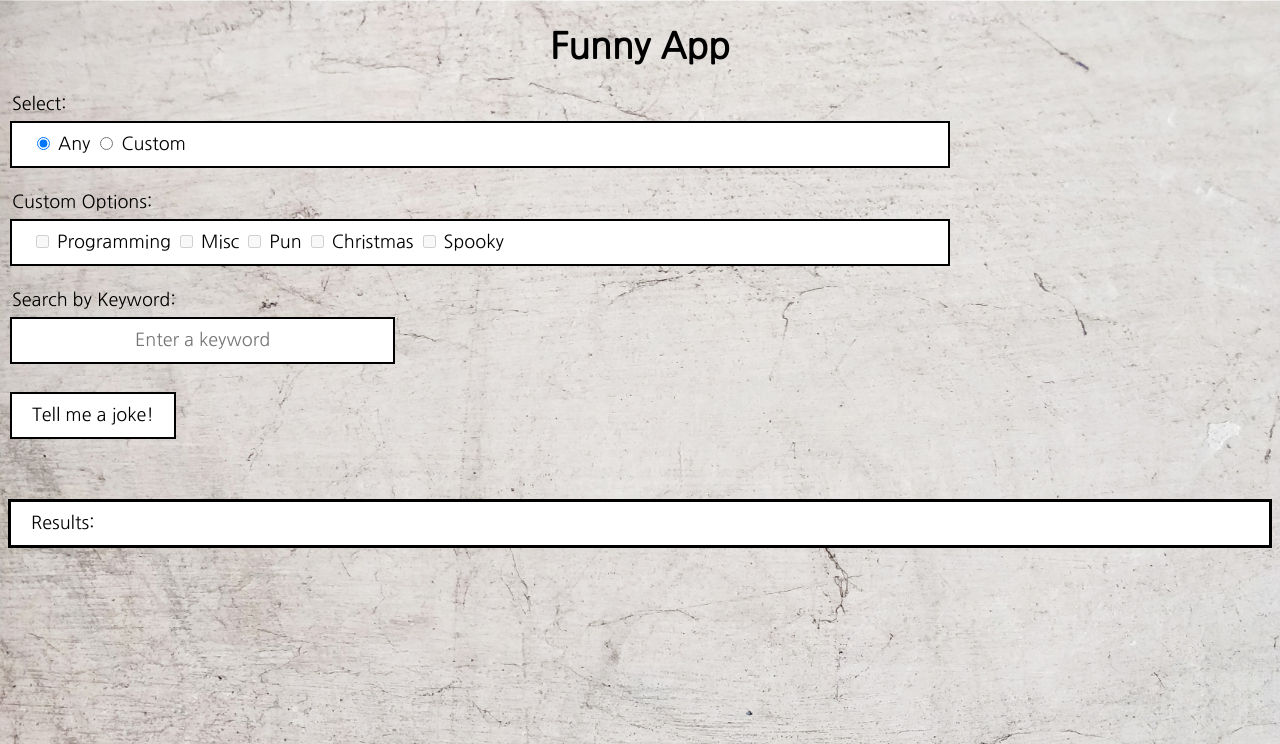
Repository: kaitlynMidori/dadJokeApi
Page: index.html
The author's editor kept a copy of each file at every save. The page is drawn from the files as they stood at one save, then again after the next save.
The browser window is 1280 px wide. The pictures show the whole page.
Some web libraries are served in a nearby version.

Above is the page before, as saved 2021-01-08 12:53:38.

### index.html
<!DOCTYPE html>
<html lang="en">
<head>
    <meta charset="UTF-8">
    <meta name="viewport" content="width=device-width, initial-scale=1.0">
    <title>Joke App</title>
    <link href="style.css" rel="stylesheet" type="text/css" />
    <link rel="preconnect" href="https://fonts.gstatic.com">
    <link href="https://fonts.googleapis.com/css2?family=Nanum+Gothic&display=swap" rel="stylesheet">

</head>
<body>
    <div id="container">
        <header>
            <h1>Funny App</h1>
        </header>

        <legend>Select:</legend>
        <fieldset id="select">
                <div id="form-check">
                    <input type="radio"  id="any" name="type" value="Any" checked>
                    <label for="any">Any</label>

                    <input type="radio"  id="custom" name="type" value="Custom">
                    <label for="custom">Custom</label>
                </div>
        </fieldset>

        <br>

        <legend>Custom Options:</legend>
        <fieldset id="options" disabled>
                <div id="form-check form-check-inline">
                    <input type="checkbox" id="coding" name="category" value="Programming">
                    <label for="coding">Programming</label>

                    <input type="checkbox" id="misc" name="category" value="Miscellaneous">
                    <label for="misc">Misc</label>

                    <input type="checkbox" id="pun" name="category" value="Pun">
                    <label for="pun">Pun</label>

                    <input type="checkbox" id="chris" name="category" value="Christmas">
                    <label for="chris">Christmas</label>

                    <!-- <input type="checkbox" id="dark" name="category" value="dark">
                    <label for="dark">Dark</label> -->

                    <input type="checkbox" id="spooky" name="category" value="spooky">
                    <label for="spooky">Spooky</label>
                </div>
        </fieldset>


        <br>

            <form>
                <legend>Search by Keyword:</legend>
                <input type="form-control" placeholder="Enter a keyword" id="keyword">
            </form>

            <br>

            <button type="submit" id="submit button">Tell me a joke!</button>

            <section id="results">
                <article> Results:</article>
                <div id="result"></div>
            </section>
    </div>

    <script src="https://code.jquery.com/jquery-3.2.1.min.js"
          integrity="sha256-hwg4gsxgFZhOsEEamdOYGBf13FyQuiTwlAQgxVSNgt4="
          crossorigin="anonymous"></script>
    <script src="app.js"></script>
</body>
</html>

### style.css
body{
    margin: 0;
    background: cover;
    background-size: cover;
    background-repeat: no-repeat;
    background-image: url("screenshots/white-teal backdrop.jpg");
    /* background-image: linear-gradient(120deg, #a1c4fd 0%, #c2e9fb 100%); */
    min-height: 100vh;
    font-size: 18px;
}

* {
    font-family: 'Nanum Gothic', sans-serif;
    color: black;
}

header {
    width: 100%;
    margin-top: 5px;
    justify-content: center;
}

h1 {
    text-align: center;
}

button{
    background-color: white;
    border-style: solid;
    border-color: black;
    margin-left: 10px;
    margin-top: 5px;
    height: auto;
    font-size: 18px;
    font-weight: 500;
    text-align: center;
    color: black;
    cursor: pointer;
    margin-bottom: 0;
    /* border-radius: 3px; */
    padding: 10px 20px;
}

#keyword {
    border-style: solid;
    border-color: black;
    margin-left: 10px;
    height: auto;
    font-size: 18px;
    font-weight: 500;
    text-align: center;
    color: black;
    cursor: pointer;
    margin-bottom: 0;
    /* border-radius: 3px; */
    padding: 10px 20px;
}

#options{
    background-color: white;
    border-style: solid;
    border-color: black;
    margin-left: 10px;
    width: 70%;
    padding: 10px 20px;
    font-size: 18px;
}

#select {
    background-color: white;
    border-style: solid;
    border-color: black;
    margin-left: 10px;
    width: 70%;
    padding: 10px 20px;
    font-size: 18px;
}

legend {
    margin-left: 10px;
    margin-bottom: 5px;
}

#result {
    margin-left: 10px;
}

#results {
    background-color: white;
    border-style: solid;
    border-color: black;
    margin-top: 60px;
    margin-left: 8px;
    margin-right: 8px;
    padding: 10px 20px;
}

### app.js
//declare 'option', 'custom', 'any' element id's
let option = document.getElementById("options");
let custom = document.getElementById("custom");
let any = document.getElementById("any");

//add event listener on click
//if 'any' option checked
//disable options
any.addEventListener("click", (e)=>{
    if(e.target.checked){
        option.disabled = true;
    }
});

//add event listener on click
//if 'custom' option checked
//enable options
custom.addEventListener("click", (e)=>{
    if(e.target.checked){
        option.disabled = false;
    }
});

//declare asyncrynous getJoke
const getJoke = async () => {
    //declare result  = HTML div 'result' element id
    let result = document.getElementById('result');
    //replace result element with empty string
    result.innerHTML = "";
    //declare checkboxes= filter category checkboxes for checked
    let checkboxes = [...document.getElementsByName('category')].filter((checkbox)=>checkbox.checked);
    //declare category as empty string
    let category = "";
    //if 'any' type is checked
    if(any.checked){
        //category = 'any'
        category = "Any";
    }
    //if 'custom' type is checked
    if(custom.checked){
        //category = map to join checked category values
        category = checkboxes.map((c)=>c.value).join();
    }
    //console.log user selected joke category
    console.log(category);
    //declare url = dynamically generate url inserting user selected category
    let url = `https://v2.jokeapi.dev/joke/${category}`;
    // declare keyword = HTML form div 'keyword' element id
    let keyword = document.getElementById("keyword").value;
    //if keyword does not equal empty; dynamically generate url with user keyword input
    if(keyword != ""){
        url = `https://v2.jokeapi.dev/joke/${category}?contains=${keyword}`;
    }
    console.log(url);
    const response = await fetch(url);
    const data = await response.json();
    console.log(data);

    //if JSON data response = API doc response 'single'
    if(data.type == "single"){
        //insert API doc 'joke' into response element
        result.innerHTML = `<h3>${data.joke}</h3>`;
    }
    //if JSON data response = API doc response 'twopart'
    if(data.type == "twopart"){
        //insert API doc 'setup' into response element
        result.innerHTML = `<h3>${data.setup}</h3>`;
        //display 'delivery' after 1 second
        setTimeout(()=>{
            //insert API doc 'delivery' into response element
            result.innerHTML += `<h3>${data.delivery}</h3>`;
        },1000);
    }
}

//declare submit = HTML button 'submit button'
let submit = document.getElementById('submit button');
//upon 'submit', add event listener for 'click and activate 'getJoke'
submit.addEventListener("click", getJoke);

After the next save:
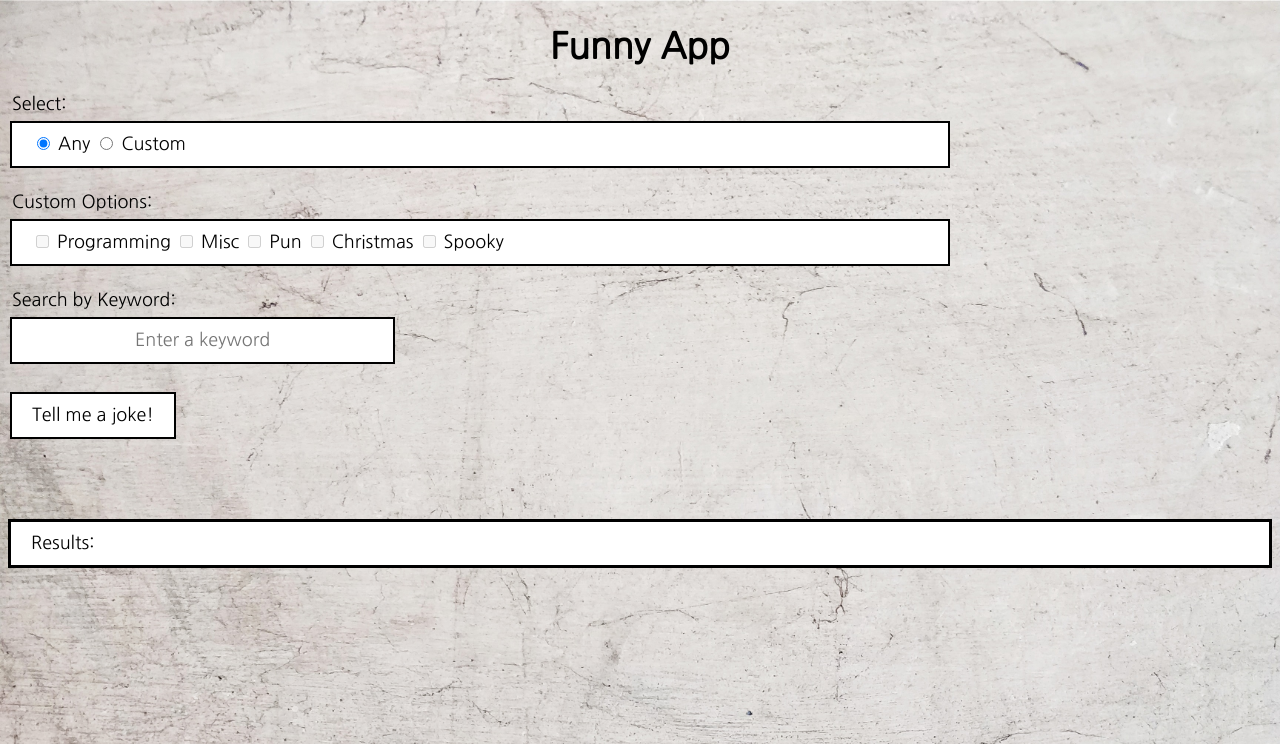
Saved 4 s later.
--- a/style.css
+++ b/style.css
@@ -89,7 +89,7 @@ legend {
     background-color: white;
     border-style: solid;
     border-color: black;
-    margin-top: 60px;
+    margin-top: 80px;
     margin-left: 8px;
     margin-right: 8px;
     padding: 10px 20px;
